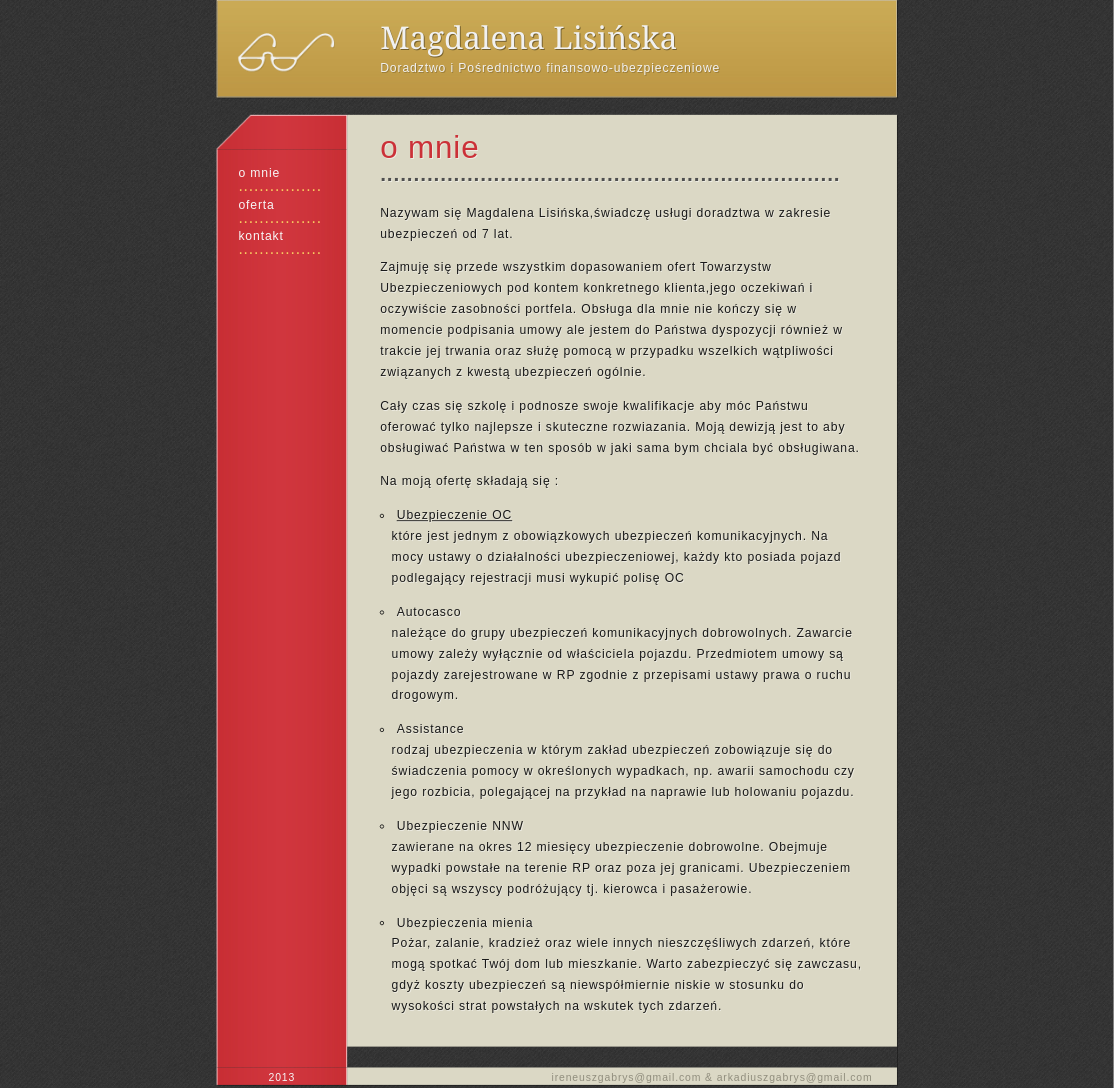
Repository: gabr/php_elicpse_workspace
Page: Magda Lisinska/index.html
These files come from the project's save history. The page is drawn as it stood at one moment and after the next save; the edit follows.
The browser window is 1280 px wide. The pictures show the whole page, at 87% of full size.
The pointer rests on the first visible `#content ul li a`.

Above is the page before, as saved 2013-03-08 13:48:33.

After the next save:
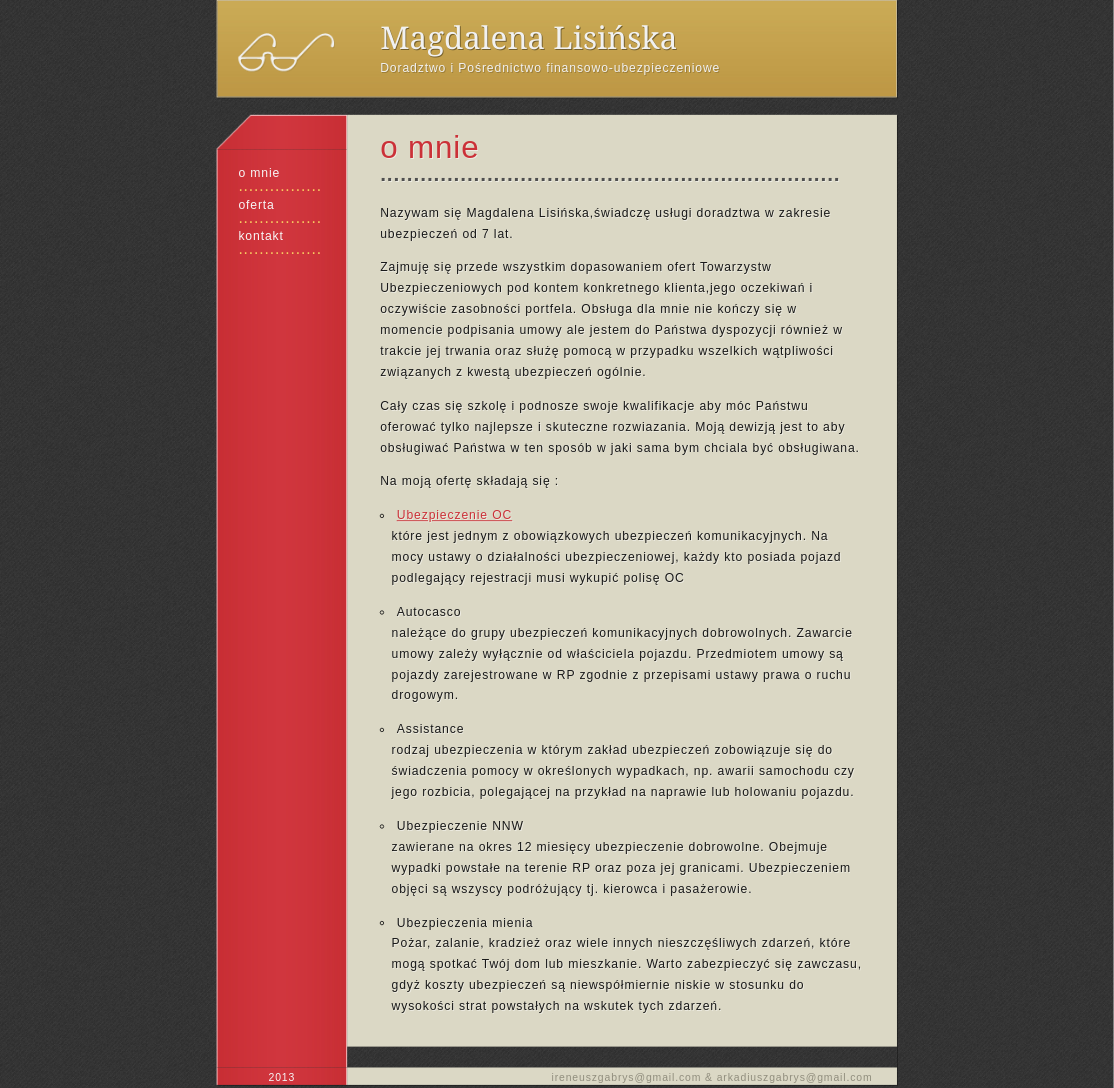
Saved 42 s later.
--- a/Magda Lisinska/css/style.css
+++ b/Magda Lisinska/css/style.css
@@ -182,6 +182,10 @@
   color: #181818;
 }
 
+#content ul li a:hover {
+  color: #cb3138;
+}
+
 #content ul li p {
   margin-left: 13px;
 }
